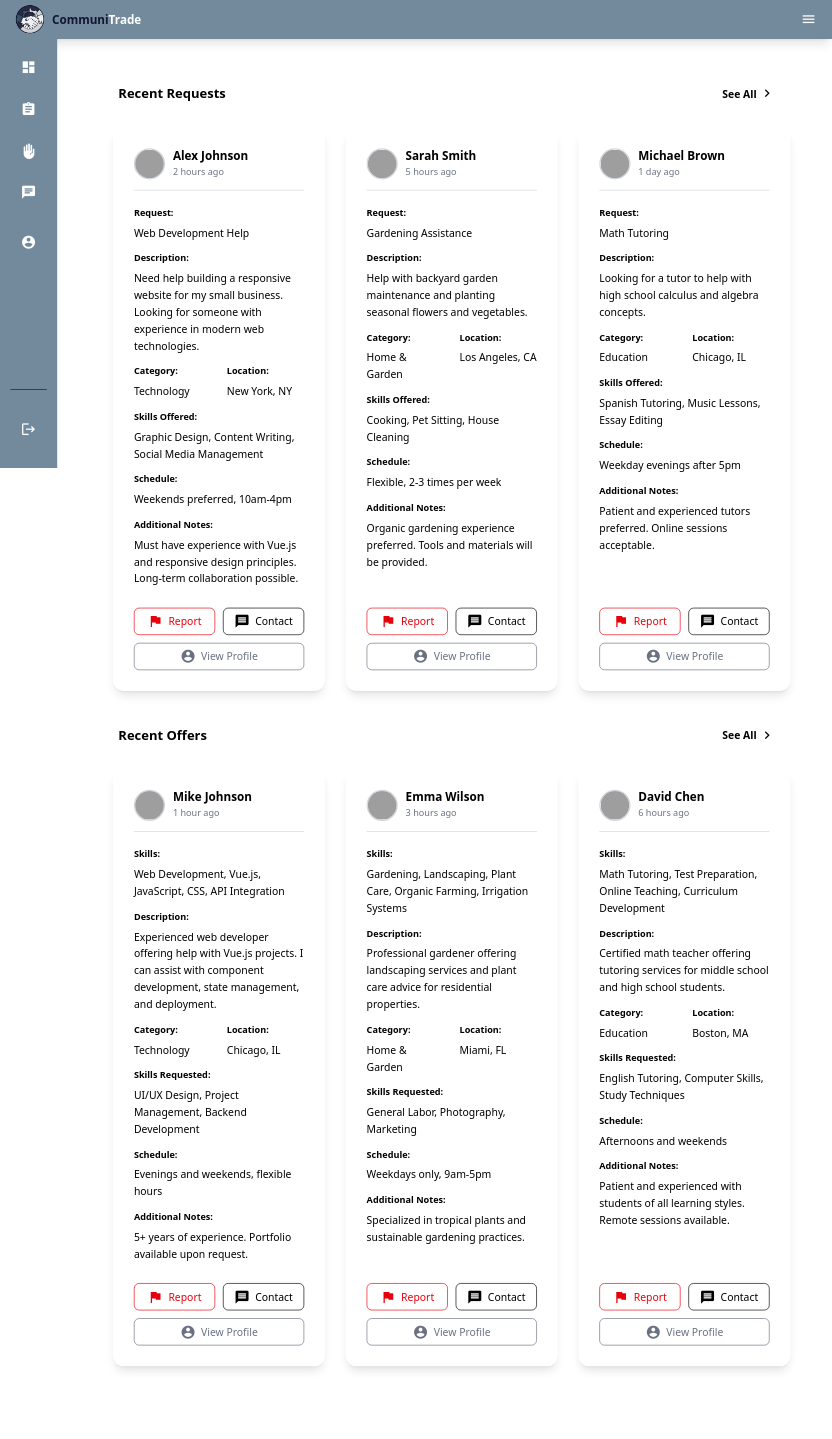
Repository: wholaanmo/communitrade_app
Page: /user/dashboard
These files come from the project's save history. The page is drawn as it stood at one moment and after the next save; the edit follows.
The browser window is 1280 px wide. The pictures show the whole page, at 65% of full size.
Pictures or frames that could not be fetched are drawn as grey boxes. The project was rebuilt for these pictures with package versions that can differ from the ones it lists, and the page was loaded fresh each time. Some packages were replaced by stand-ins written for this rebuild. The framework's server and built-in components were replaced by stand-ins that run in the browser. Also part of the build but not shown: next.config.mjs.

Above is the page before, as saved 2025-10-28 01:34:42.

After the next save:
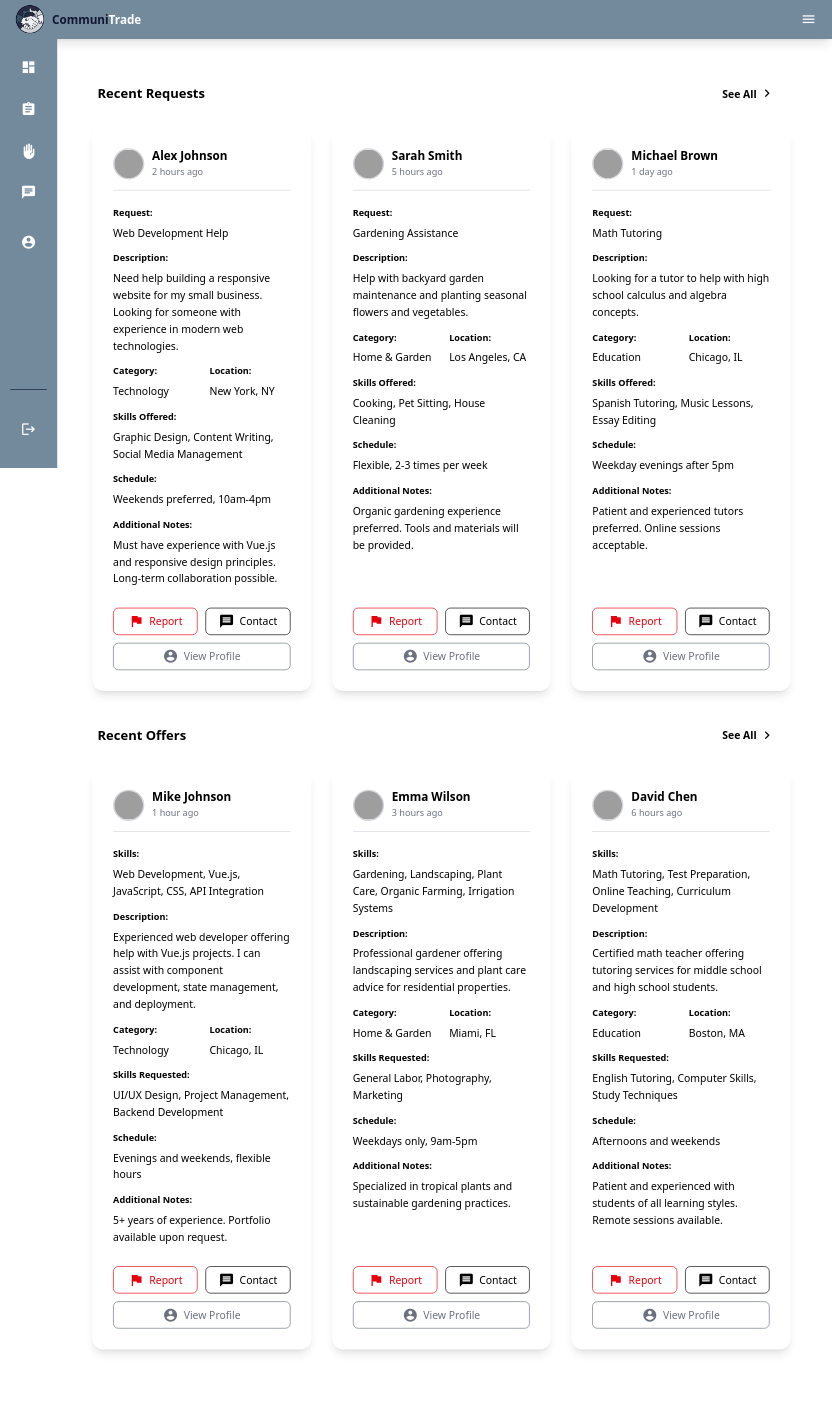
Saved 4 s later.
--- a/app/user/layout.js
+++ b/app/user/layout.js
@@ -17,7 +17,7 @@ export default function UserLayout({ children }) {
       <div className="layout-body flex min-h-[calc(100vh-60px)] mt-[60px]">
         <UserSidebar isOpen={sidebarOpen} onToggle={setSidebarOpen} />
         <main className={`user-content flex-1 transition-all duration-500 ease-out p-8 ${
-          sidebarOpen ? 'ml-[var(--sidebar-width)]' : 'ml-[calc(3.5rem+22px)]'
+          sidebarOpen ? 'ml-[var(--sidebar-width)]' : 'ml-[calc(1.5rem+22px)]'
         }`}>
           {children}
         </main>
